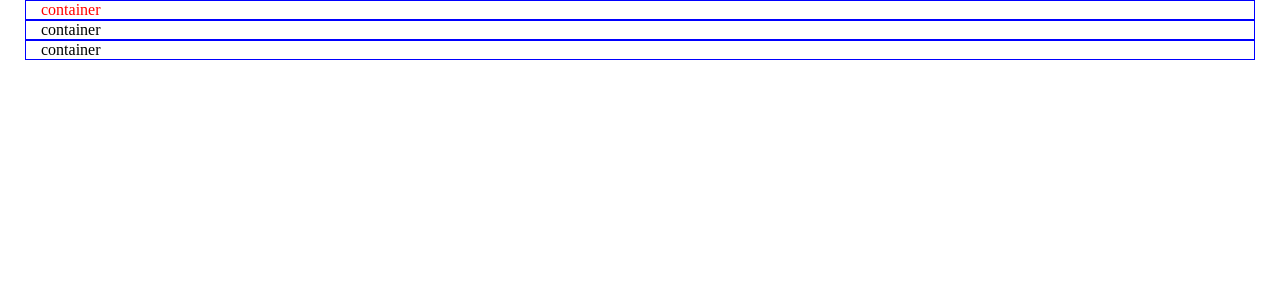
Repository: Valera1994/WebTestProject
Page: delivery/index.html
The author's editor kept a copy of each file at every save. The page is drawn from the files as they stood at one save, then again after the next save.
The browser window is 1280 px wide. The pictures show the whole page.

Above is the page before, as saved 2025-09-14 18:00:09.

After the next save:
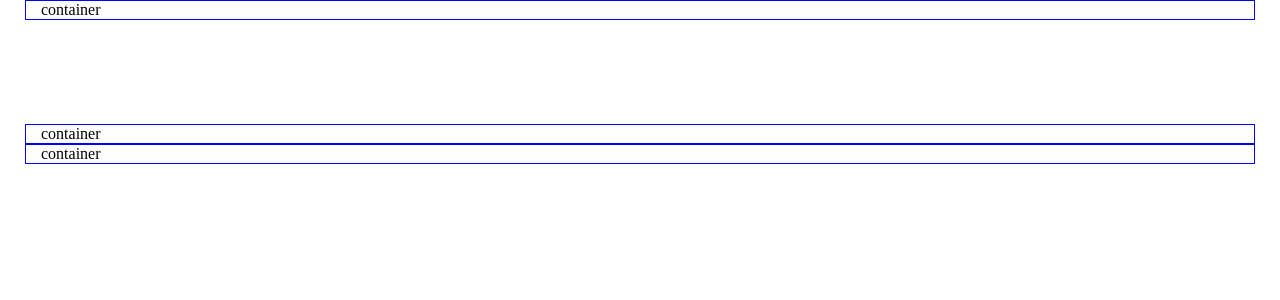
Saved 102 s later.
--- a/delivery/style.css
+++ b/delivery/style.css
@@ -8,7 +8,7 @@
 }
 
 .header{
-    color: red;
+    height: 124px;
 }
 
 .main{
